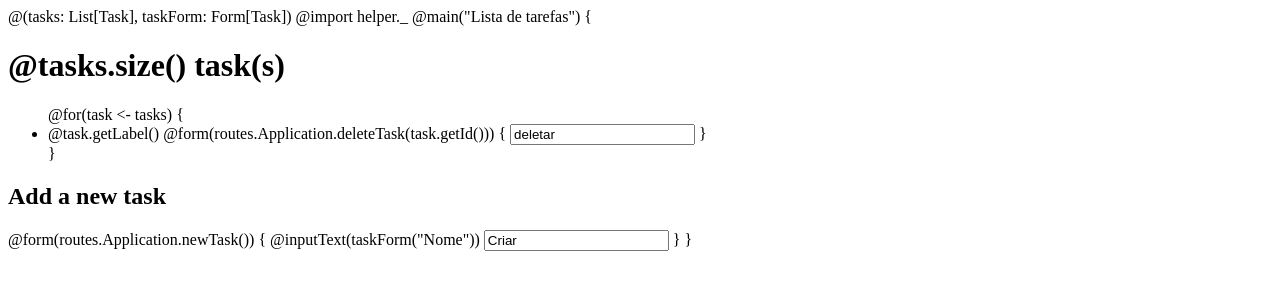
Repository: lcavalcante/si1
Page: lab2/.target/views/index.scala.html
An editor plug-in stored every save of this project. The page is shown before and after the next save, followed by the edit.
The browser window is 1280 px wide. The pictures show the whole page.

Above is the page before, as saved 2013-11-26 23:44:25.

### lab2/.target/views/index.scala.html
@(tasks: List[Task], taskForm: Form[Task])

@import helper._

@main("Lista de tarefas") {

    <h1>@tasks.size() task(s)</h1>

    <ul>
        @for(task <- tasks) {
            <li>
                @task.getLabel()

                @form(routes.Application.deleteTask(task.getId())) {
                    <input type="enviar" value="deletar">
                }
            </li>
        }
    </ul>

    <h2>Add a new task</h2>

    @form(routes.Application.newTask()) {

        @inputText(taskForm("Nome"))

        <input type="enviar" value="Criar">

    }

}

After the next save:
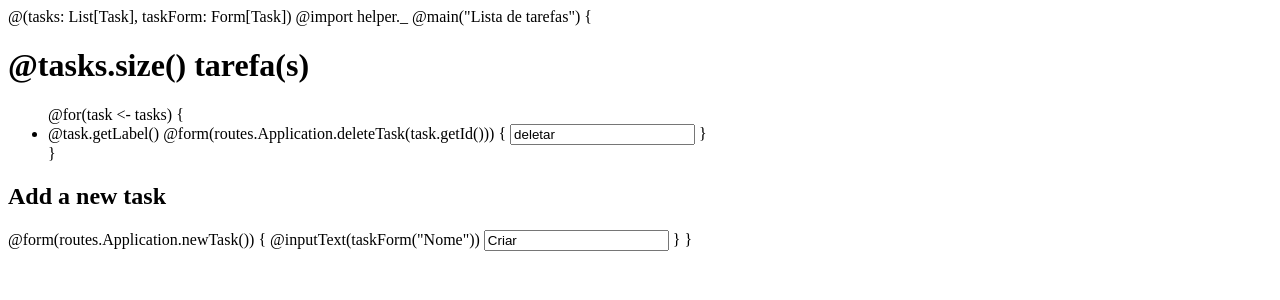
Saved 29 s later.
--- a/lab2/.target/views/index.scala.html
+++ b/lab2/.target/views/index.scala.html
@@ -4,7 +4,7 @@
 
 @main("Lista de tarefas") {
 
-    <h1>@tasks.size() task(s)</h1>
+    <h1>@tasks.size() tarefa(s)</h1>
 
     <ul>
         @for(task <- tasks) {
